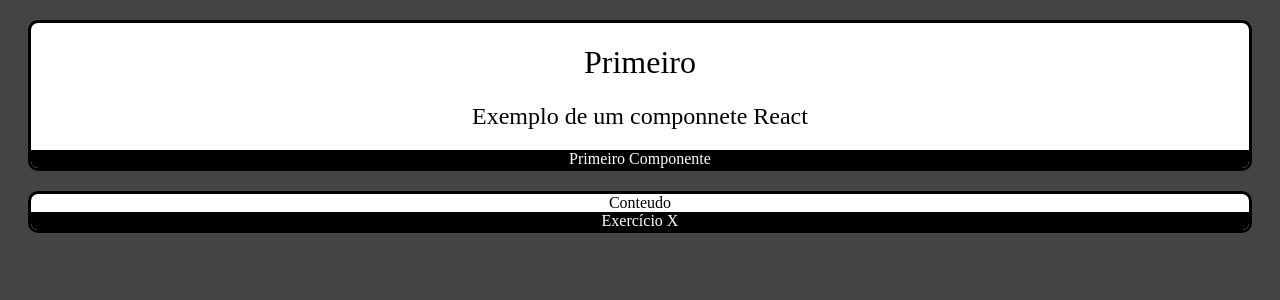
Repository: ClaytonEduard/fundamentos-react
Page: /
An editor plug-in stored every save of this project. The page is shown before and after a run of saves, followed by the edit.
The browser window is 1280 px wide. The pictures show the whole page.
The project was rebuilt for these pictures with package versions that can differ from the ones it lists, and the page was loaded fresh each time. Also part of the build but not shown: src/components/ComParametro.jsx, src/components/ComFilhos.jsx.

Above is the page before, as saved 2022-06-18 10:32:51.

After the next 2 saves:
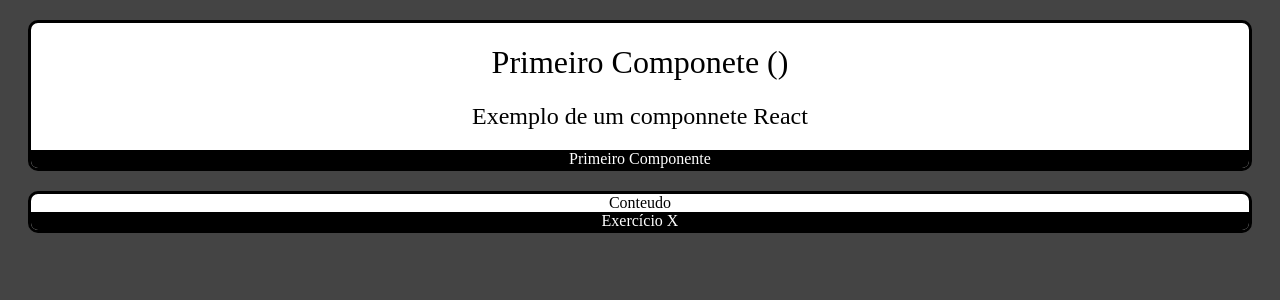
The 2 saves are shown as one change because they came seconds apart.
The last was saved 7 s later.
--- a/src/components/Primeiro.jsx
+++ b/src/components/Primeiro.jsx
@@ -3,7 +3,7 @@ import React from 'react';
 // primeira funcao
 export default () =>
     <React.Fragment>
-        <h1>Primeiro </h1>
+        <h1>Primeiro Componete ()</h1>
         <h2>Exemplo de um componnete React</h2>
     </React.Fragment>
 
